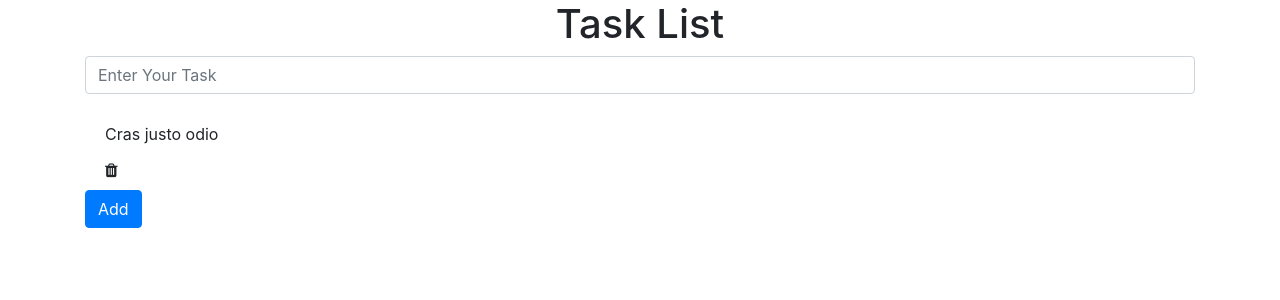
Repository: hoangphuong965/todolist
Page: index.html
The author's editor kept a copy of each file at every save. The page is drawn from the files as they stood at one save, then again after the next save.
The browser window is 1280 px wide. The pictures show the whole page.

Above is the page before, as saved 2020-09-04 14:15:38.

### index.html
<!DOCTYPE html>
<html lang="en">

<head>
     <meta charset="UTF-8">
     <meta name="viewport" content="width=device-width, initial-scale=1.0">
     <title>Document</title>
     <link rel="stylesheet" href="https://stackpath.bootstrapcdn.com/bootstrap/4.3.1/css/bootstrap.min.css"
          integrity="sha384-ggOyR0iXCbMQv3Xipma34MD+dH/1fQ784/j6cY/iJTQUOhcWr7x9JvoRxT2MZw1T" crossorigin="anonymous">
     <link rel="stylesheet" href="https://maxcdn.bootstrapcdn.com/font-awesome/4.7.0/css/font-awesome.min.css">
     <link rel="stylesheet" href="style.css">
</head>

<body>
     <div class="container">
          <h1 class="text-center">Task List</h1>
          <form class="form">
               <div class="form-group ">
                    <input type="text" class="form-control" style="outline-color: black;" placeholder="Enter Your Task">
               </div>
               <div class="list">
                    <ol class="list-group list-group-flush">
                         <li class="list-group-item tst">
                              <p>Cras justo odio</p>
                              <i class="fa fa-trash" aria-hidden="true"></i>
                         </li>
                    </ol>
               </div>
               <button type="submit" class="btn btn-primary">Add</button>
          </form>
     </div>
     <script src="app.js"></script>
</body>

</html>

### style.css
.tst {
  display: grid;
  grid-template-columns: auto auto au;
}

### app.js
const input = document.querySelector("input");
let html = document.querySelector(".list");

const form = document.querySelector(".form");
form.addEventListener("submit", (e) => {
  e.preventDefault();
  add();
});


const add = () => {
  let ul = `
          <ol class="list-group list-group-flush">
               <li class="list-group-item">${input.value}</li>

          </ol>
     `;
  input.value = "";
  html.innerHTML += ul;
};

After the next save:
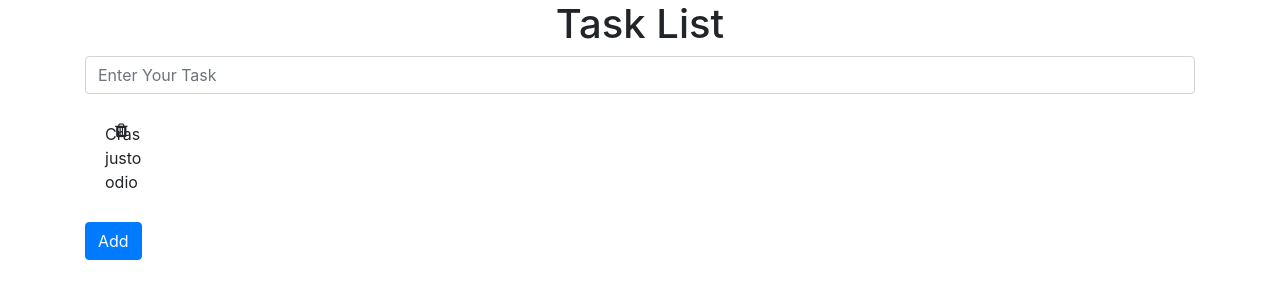
Saved 8 s later.
--- a/style.css
+++ b/style.css
@@ -1,4 +1,4 @@
 .tst {
   display: grid;
-  grid-template-columns: auto auto au;
+  grid-template-columns: 10px 10px;
 }
